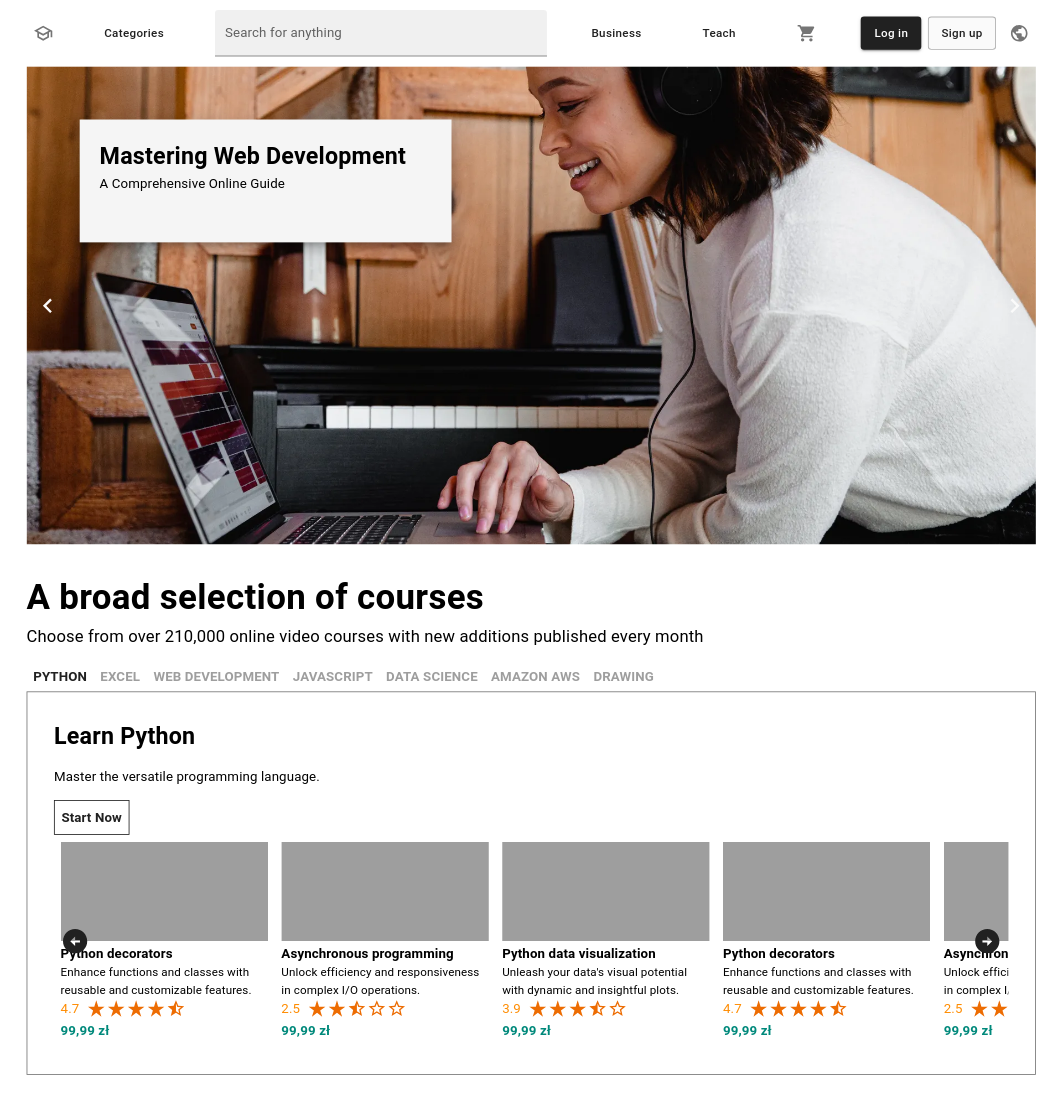
Repository: princ3-web/academy
Page: /
The author's editor kept a copy of each file at every save. The page is drawn from the files as they stood at one save, then again after a run of saves.
The browser window is 1280 px wide. The pictures show the whole page, at 83% of full size.
Pictures or frames that could not be fetched are drawn as grey boxes. The project was rebuilt for these pictures with package versions that can differ from the ones it lists, and the page was loaded fresh each time. Also part of the build but not shown: vite.config.js, src/pages/Courses.jsx, src/pages/Business.jsx, src/pages/Teach.jsx.

Above is the page before, as saved 2023-07-10 12:54:09.

After the next 2 saves:
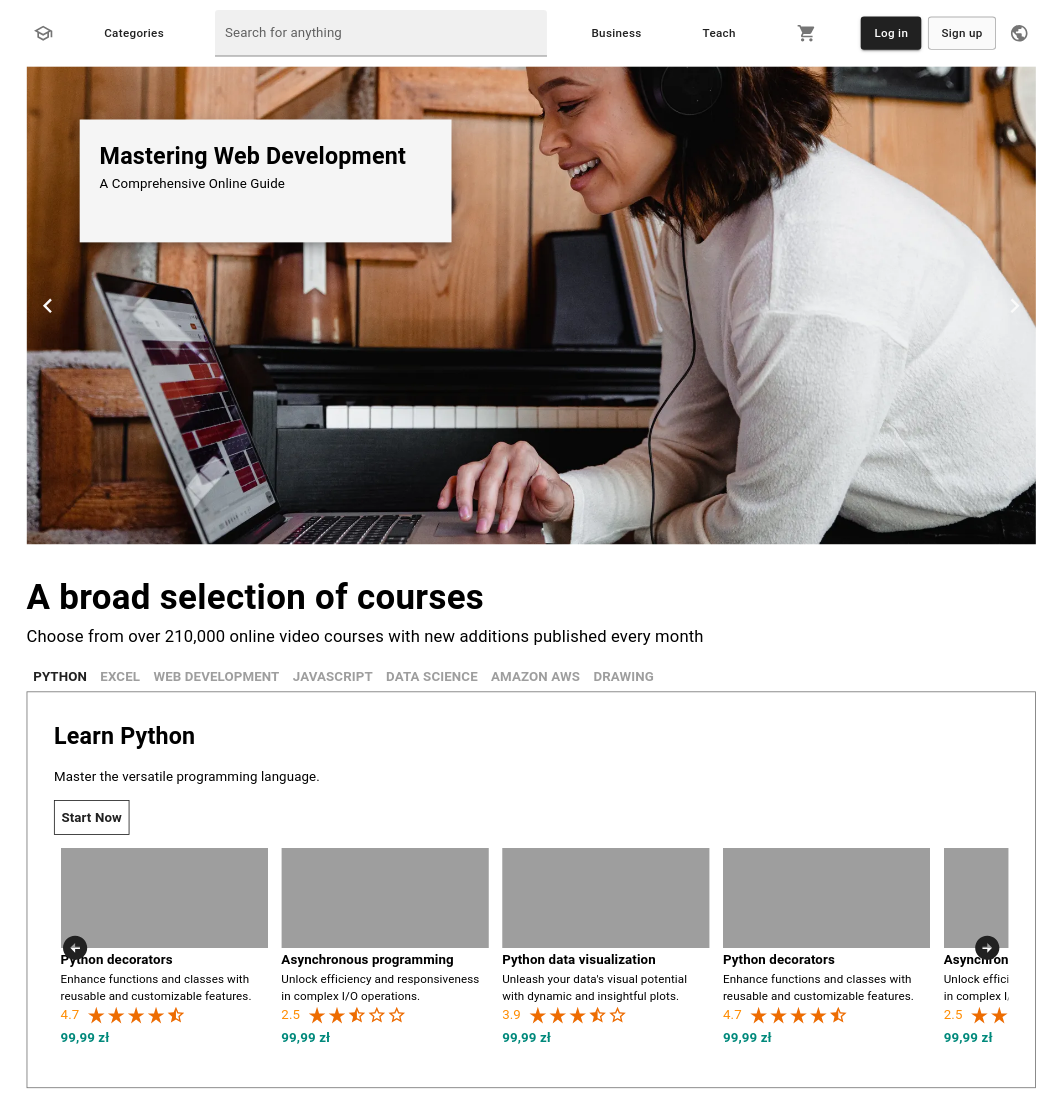
The 2 saves are shown as one change because they came seconds apart.
The last was saved 5 s later.
--- a/src/components/CourseCard.jsx
+++ b/src/components/CourseCard.jsx
@@ -41,6 +41,7 @@
       onMouseEnter={() => setIndex(true)}
       onMouseLeave={() => setIndex(false)}
       sx={{ cursor: "pointer" }}
+      py={1}
     >
       <Image
         imageWidth={imageWidth}
